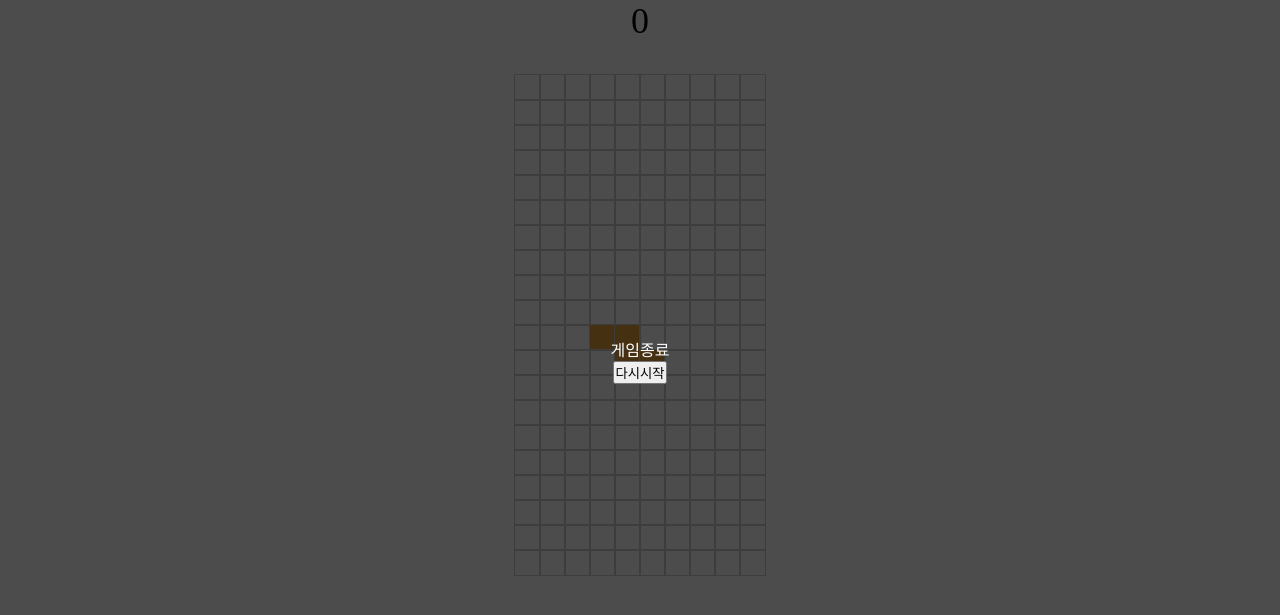
Repository: chlwpdnswku/tetris
Page: index.html
These files come from the project's save history. The page is drawn as it stood at one moment and after the next save; the edit follows.
The browser window is 1280 px wide. The pictures show the whole page.

Above is the page before, as saved 2022-12-14 00:18:41.

### index.html
<!DOCTYPE html>
<html lang="en">

<head>
    <meta charset="UTF-8">
    <meta http-equiv="X-UA-Compatible" content="IE=edge">
    <meta name="viewport" content="width=device-width, initial-scale=1.0">
    <link rel="stylesheet" href="style.css">
    <title>Document</title>

</head>

<body>
    <div class="wrapper">
        <div class="game-text">
            <span>게임종료</span>
            <button>다시시작</button>
        </div>
        <div class="score">0</div>
        <div class="playground">
            <!-- ul  -->
            <ul></ul>
        </div>

    </div>

    <!-- import 문을 사용하기위해서 type =module -->
    <script src="script.js" type="module"></script>
</body>

</html>

### style.css
* {
  margin: 0;
  padding: 0;
}
ul {
  list-style: none;
}
body {
  height: 100%;
  overflow: hidden;
}
.game-text {
  display: flex;
  justify-content: center;
  align-items: center;
  flex-direction: column;
  position: fixed;
  width: 100%;
  height: 100%;
  background: rgba(0, 0, 0, 0.7);
  left: 0;
  top: 0;
  color: #fff;
}
.score {
  text-align: center;
  font-size: 36px;
  margin-bottom: 2rem;
}
.playground > ul {
  border: 1px solid #333;
  width: 250px;
  margin: 0 auto;
}
.playground > ul > li {
  width: 100%;
  height: 25%;
}

.playground > ul > li > ul {
  display: flex;
}
.playground > ul > li > ul > li {
  width: 25px;
  height: 25px;
  outline: 1px solid #ccc;
}
.tree {
  background: #67c23a;
}

/* 스타일 입력때문에  다른 블록들이 안보이는거였음 */
.bar {
  background: #ff8c69;
}
.square {
  background: #baaad7;
}
.zee {
  background: #e6a23c;
}
.elLeft {
  background: #8e44ad;
}

.elRight {
  background: #16a085;
}

### script.js
import BLOCKS from './js/blocks.js';
// DOM element
const playground = document.querySelector('.playground > ul');
const gameText = document.querySelector('.game-text');
const scoreDisPlay = document.querySelector('.score');

// console.log(playground);

// setting
const GAME_ROWS = 20;
const GAME_COLS = 10;

// variables
let score = 0;
let duration = 500;
let downInterval;
let tempMovingItem;

// 좌료를 바꾸면 모양이 바뀐다.

const movingItem = {
  type: '',
  direction: 3,
  top: 0,
  left: 0,
};

// functions

init();
// 맨처음 시작하는 함수 10개의 20개의 줄을 저장
function init() {
  // object entries 를선언을 해야 사용이된다
  //   console.log(Object.entries(BLOCKS).length);
  //   const blockArray = Object.entries(BLOCKS);
  //   const rendomIndex = Math.floor(Math.random() * blockArray.length);
  //   console.log(blockArray[rendomIndex][0]);

  //   console.log(blockArray);
  //   blockArray.forEach((block) => console.log(block[0]));
  //   console.log(rendomIndex);

  // 값만 가져와서 넣어줌
  tempMovingItem = { ...movingItem };
  //   movingItem.left = 3;
  //   console.log(tempMovingItem);
  for (let i = 0; i < GAME_ROWS; i++) {
    prependNewLine();
  }
  // 하나씩 아래로 내려가는 것을 구현
  generateNewBlock();
}

//
function prependNewLine() {
  const li = document.createElement('li');
  const ul = document.createElement('ul');

  for (let j = 0; j < GAME_COLS; j++) {
    const matrix = document.createElement('li');
    // ul -> li
    ul.prepend(matrix);
  }
  li.prepend(ul);
  playground.prepend(li);
}

// moveType 인자 넘겨받아야됨 보내지않을경우에는 moveType을 초기값을 넣어줌
function renderBlocks(moveType = '') {
  const { type, direction, top, left } = tempMovingItem;
  //   console.log(BLOCKS[type][direction]);

  const movingBlocks = document.querySelectorAll('.moving');

  //   4개의 무빙이 찍힘
  movingBlocks.forEach((moving) => {
    // 이러면 css에의해서 트리 클래스가없는 애들은 빈값이됨
    moving.classList.remove(type, 'moving');
    // console.log(moving);
  });

  // 즉 forEach 문으로 ->some 으로 사용해서 return true 를 써가지고
  // 중간에 빈값이면 랜더링 할 필요가 없어서 some 을 사용해서 원하는 시점에 반복문 중단하고 다시실행 renderblocks()
  BLOCKS[type][direction].some((block) => {
    const x = block[0] + left;
    const y = block[1] + top;
    // console.log({ playground });
    // ul안에 chileNodes ->이 렇게 가는거임 0번은 li임
    // target은 tree 클래스 부여 즉 tree를  class를 줘서 css 를 변경?
    const target = playground.childNodes[y]
      ? playground.childNodes[y].childNodes[0].childNodes[x]
      : null;

    const isAvailable = checkEmpty(target);
    // console.log(target);
    //  가능한 상태이면?
    if (isAvailable) {
      target.classList.add(type, 'moving');
    } else {
      // 원상복구 시키고 재귀함수를 호출할거임 ! 좌표를 원상태로 하고 부르기
      tempMovingItem = { ...movingItem };
      //   이벤트가 전부 실행이되고 스택을 집어넣는용도 무한스텍이 불러주는 용도 막기!
      if (moveType === 'retry') {
        // 인터벌을 멈추고
        clearInterval(downInterval);
        // 게임 텍스트를 보여줌
        showGameoverText();
      }
      setTimeout(() => {
        renderBlocks('retry');
        if (moveType === 'top') {
          seizeBlock();
        }
      }, 0);
      return true;
      //   renderBlocks();
    }
  });
  movingItem.left = left;
  movingItem.top = top;
  movingItem.direction = direction;
  //   console.log(type, direction, top, left);
}

// 밑으로 떨어질 때에 블록 고정 함수 호출

function seizeBlock() {
  // getselector를 써서 오류가 났었음 !
  const movingBlocks = document.querySelectorAll('.moving');
  movingBlocks.forEach((moving) => {
    moving.classList.remove('moving');
    moving.classList.add('seized');
  });
  checkMatch();
  //  generateNewBlock();
}
function checkMatch() {
  // 일단 전체의 차일드 노드를 가져옴 -> ul 에 foreach를 또돌림
  const chileNodes = playground.childNodes;
  chileNodes.forEach((child) => {
    let matched = true;
    child.children[0].childNodes.forEach((li) => {
      // 이클래스가없다고하면 줄이 완성이 안된거임
      if (!li.classList.contains('seized')) {
        matched = false;
      }
    });
    if (matched) {
      child.remove();
      // 이게 바로 없어지는 순간 바로 한줄이 생기는 구조임
      prependNewLine();
    }
  });
  generateNewBlock();
}
// 새로운 블럭이 생기는 것
// 타입도 바꿔주기
function generateNewBlock() {
  // 위로가는 모양을 1씩 증가시킴 즉 하나씩 내려가는 테트리스틀 표현
  clearInterval(downInterval);
  downInterval = setInterval(() => {
    moveBlock('top', 1);
  }, duration);

  const blockArray = Object.entries(BLOCKS);
  const rendomIndex = Math.floor(Math.random() * blockArray.length);
  console.log(blockArray[rendomIndex][0]);
  //랜덤 인덱스 생성 타입을 랜덤한 번호로 설정을 한다
  movingItem.type = blockArray[rendomIndex][0];
  movingItem.top = 0;
  //   중간 지역으로 보내기 !
  movingItem.left = 3;
  movingItem.direction = 0;
  tempMovingItem = { ...movingItem };
  renderBlocks();
}

function checkEmpty(target) {
  if (!target || target.classList.contains('seized')) {
    return false;
  }
  return true;
}

// 인자들을 받고 moveBlock일때에만 renderBlocks 를 해주고
function moveBlock(moveType, amount) {
  // left를 바꿔줌 이게 증가함에 따라 움직임 하지만 색칠이됨 이동하고
  // 남은 클래스 부분들을삭제를해야됨
  tempMovingItem[moveType] += amount;
  renderBlocks(moveType);
}

function checkDirection() {
  const direction = tempMovingItem.direction;
  direction === 3
    ? (tempMovingItem.direction = 0)
    : (tempMovingItem.direction += 1);
  renderBlocks();
}

function dropBlock() {
  // 현재 돌아가고 있는 인터벌을 끄고 빠른속도로 블록을 내림
  clearInterval(downInterval);
  downInterval = setInterval(() => {
    moveBlock('top', 1);
  }, 10);
}

function showGameoverText() {
  gameText.style.display = 'flex';
}

// 이벤트 핸들링 키를 움직이면 이벤트 객체가 생김 keyCode를 이용해서 각각의 함수를 실행을 시킬거임
document.addEventListener('keydown', (e) => {
  switch (e.keyCode) {
    case 39:
      moveBlock('left', 1);
      break;
    case 37:
      moveBlock('left', -1);
      break;
    case 38:
      checkDirection();
      break;
    case 40:
      moveBlock('top', 1);
      break;

    case 32:
      dropBlock();
      break;
    default:
      break;
  }
  //   console.log(e);
});

// direction keycode and 방향키 키코드
// https://stackoverflow.com/questions/5597060/detecting-arrow-key-presses-in-javascript
//  아래 밑에를 벗어나거나 엘리먼트를 넘어갈때 ? 에러처리 를 해줌
// childNodes[y]가 넘어갈때 target변수가 없을경우 처리해주는 방법

### js/blocks.js
const BLOCKS = {
  tree: [
    [
      [1, 0],
      [0, 1],
      [1, 1],
      [2, 1],
    ],
    [
      [1, 0],
      [0, 1],
      [1, 1],
      [1, 2],
    ],
    [
      [2, 1],
      [0, 1],
      [1, 1],
      [1, 2],
    ],
    [
      [2, 1],
      [1, 2],
      [1, 1],
      [1, 0],
    ],
  ],

  square: [
    [
      [0, 0],
      [0, 1],
      [1, 0],
      [1, 1],
    ],
    [
      [0, 0],
      [0, 1],
      [1, 0],
      [1, 1],
    ],
    [
      [0, 0],
      [0, 1],
      [1, 0],
      [1, 1],
    ],
    [
      [0, 0],
      [0, 1],
      [1, 0],
      [1, 1],
    ],
  ],
  bar: [
    [
      [1, 0],
      [2, 0],
      [3, 0],
      [4, 0],
    ],
    [
      [2, -1],
      [2, 0],
      [2, 1],
      [2, 2],
    ],
    [
      [1, 0],
      [2, 0],
      [3, 0],
      [4, 0],
    ],
    [
      [2, -1],
      [2, 0],
      [2, 1],
      [2, 2],
    ],
  ],

  zee: [
    [
      [0, 0],
      [1, 0],
      [1, 1],
      [2, 1],
    ],
    [
      [0, 1],
      [1, 0],
      [1, 2],
      [0, 2],
    ],
    [
      [0, 1],
      [1, 1],
      [1, 2],
      [2, 2],
    ],
    [
      [2, 0],
      [2, 1],
      [1, 1],
      [1, 2],
    ],
  ],

  elLeft: [
    [
      [0, 0],
      [0, 1],
      [1, 1],
      [2, 1],
    ],
    [
      [1, 0],
      [1, 1],
      [1, 2],
      [0, 2],
    ],
    [
      [0, 1],
      [1, 1],
      [2, 1],
      [2, 2],
    ],
    [
      [1, 0],
      [2, 0],
      [1, 1],
      [1, 2],
    ],
  ],

  elRight: [
    [
      [1, 0],
      [2, 0],
      [1, 1],
      [1, 2],
    ],
    [
      [0, 0],
      [0, 1],
      [1, 1],
      [2, 1],
    ],
    [
      [0, 2],
      [1, 0],
      [1, 1],
      [1, 2],
    ],
    [
      [0, 1],
      [1, 1],
      [2, 1],
      [2, 2],
    ],
  ],
};

export default BLOCKS;

After the next save:
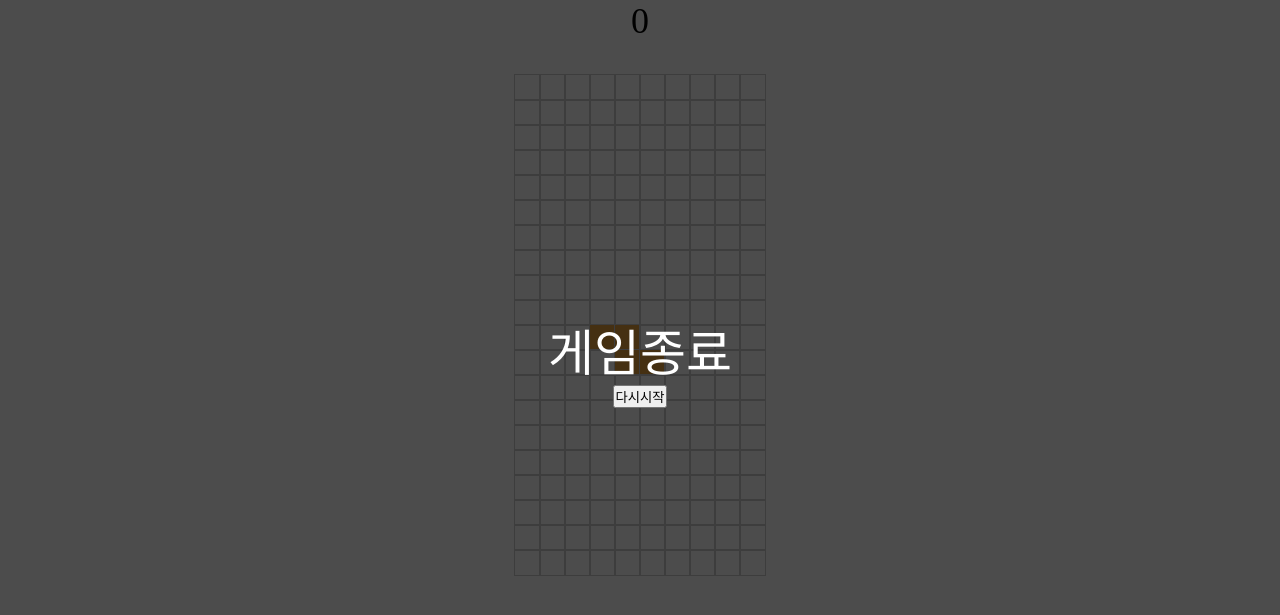
Saved 8 s later.
--- a/style.css
+++ b/style.css
@@ -21,6 +21,7 @@ body {
   left: 0;
   top: 0;
   color: #fff;
+  font-size: 50px;
 }
 .score {
   text-align: center;
